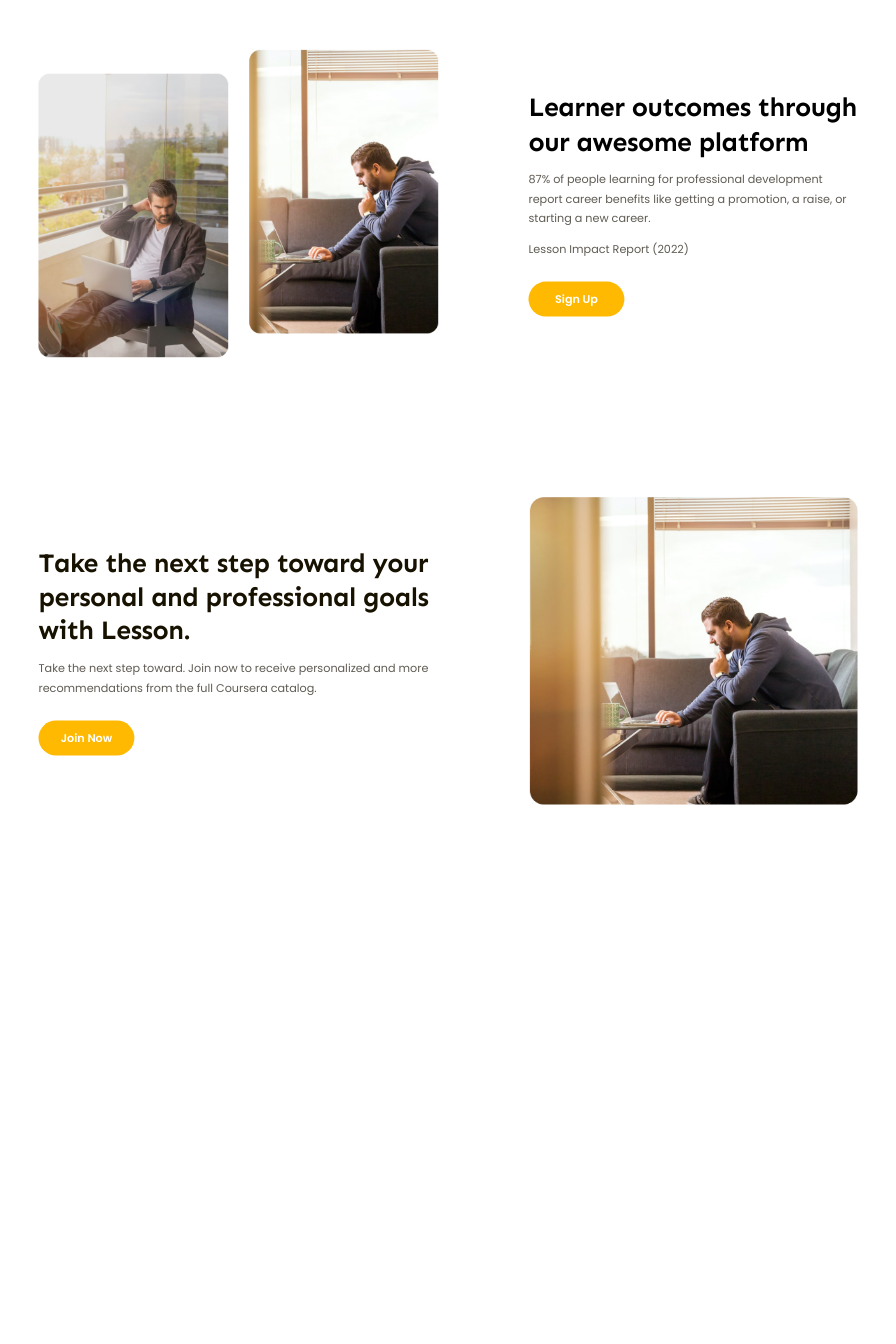
Repository: Toihoclaptrinh/duan1_figma
Page: index.html
An editor plug-in stored every save of this project. The page is shown before and after the next save, followed by the edit.
The browser window is 1280 px wide. The pictures show the part of the page from y = 2475 to 4395 px (the page is 10000 px tall), at 70% of full size.

Above is the page before, as saved 2024-02-16 23:35:46.

After the next save:
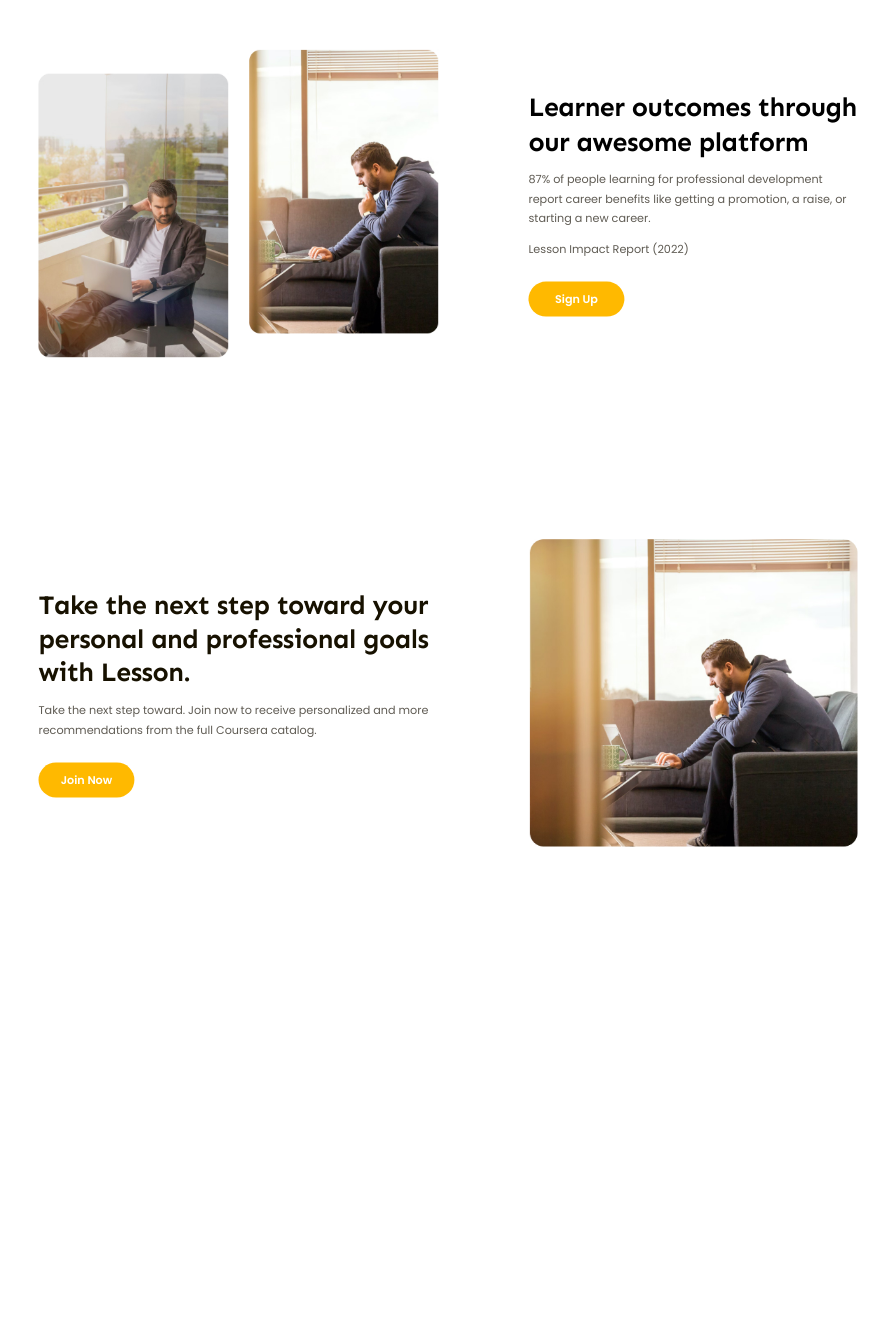
Saved 2 min 31 s later.
--- a/assets/css/style.css
+++ b/assets/css/style.css
@@ -550,6 +550,7 @@
 
 .features2 {
   margin-top: 200px;
+  padding: 60px 0px;
 }
 
 .features2 .body {

After the save that followed:
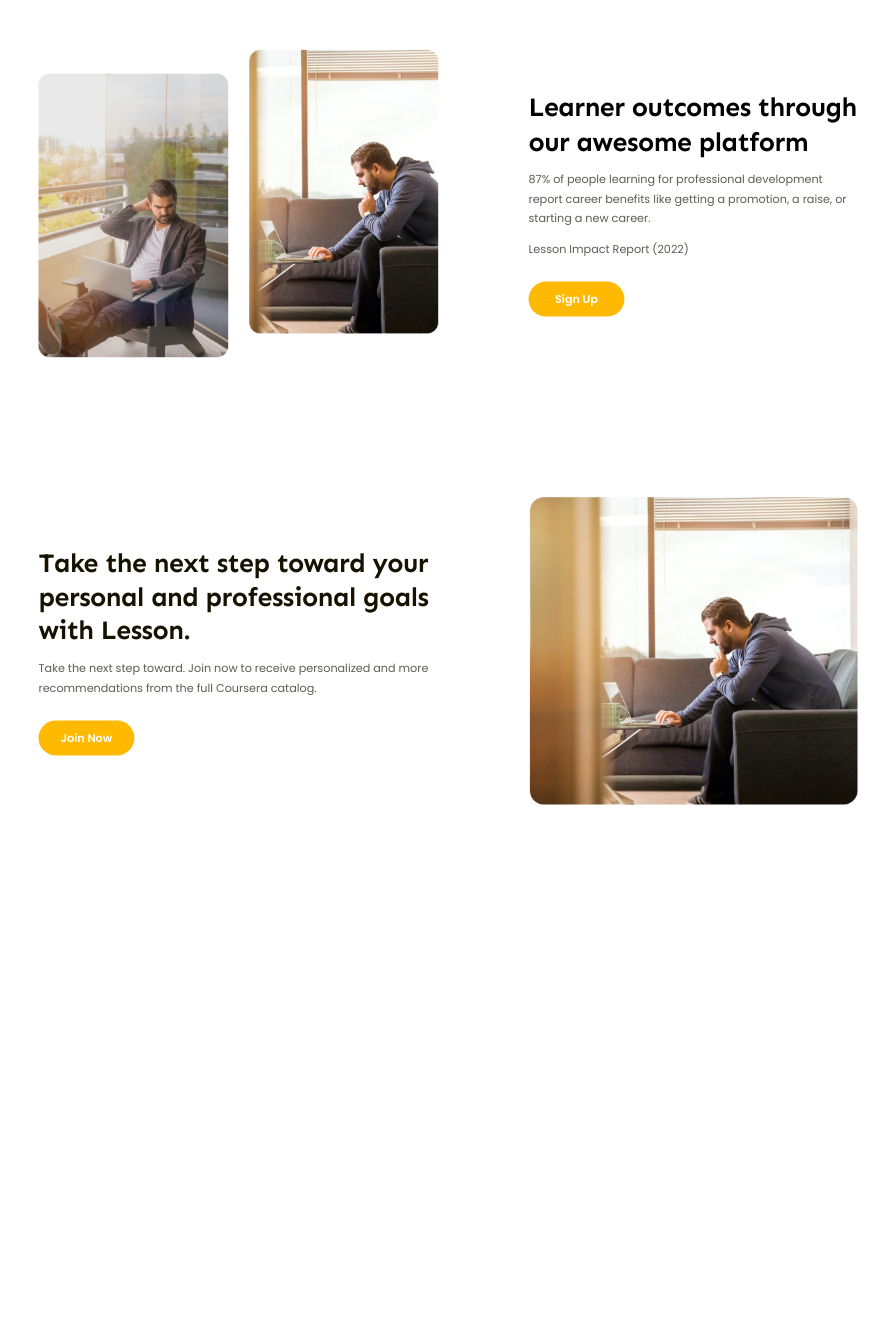
Saved 8 s later.
--- a/assets/css/style.css
+++ b/assets/css/style.css
@@ -549,7 +549,7 @@
 /* code phần features 2 */
 
 .features2 {
-  margin-top: 200px;
+  margin-top: 140px;
   padding: 60px 0px;
 }
 
